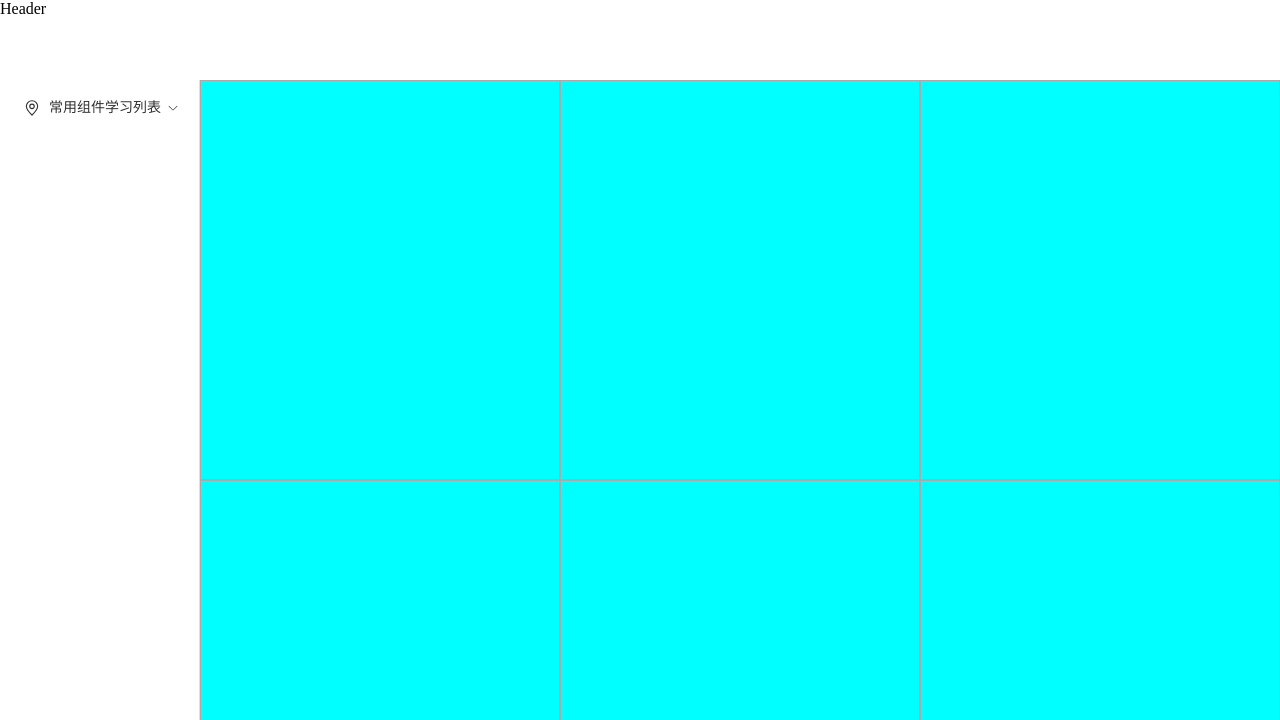
Repository: 553559555/vue3-project
Page: /#/index (app in vue3-app/)
These files come from the project's save history. The page is drawn as it stood at one moment and after the next save; the edit follows.
The browser window is 1280 px wide. The pictures show the whole page.
An inner scrolling area shows only its first screen. The project was rebuilt for these pictures with package versions that can differ from the ones it lists, and the page was loaded fresh each time. Also part of the build but not shown: vue3-app/vite.config.ts.

Above is the page before, as saved 2025-03-24 10:59:21.

After the next save:
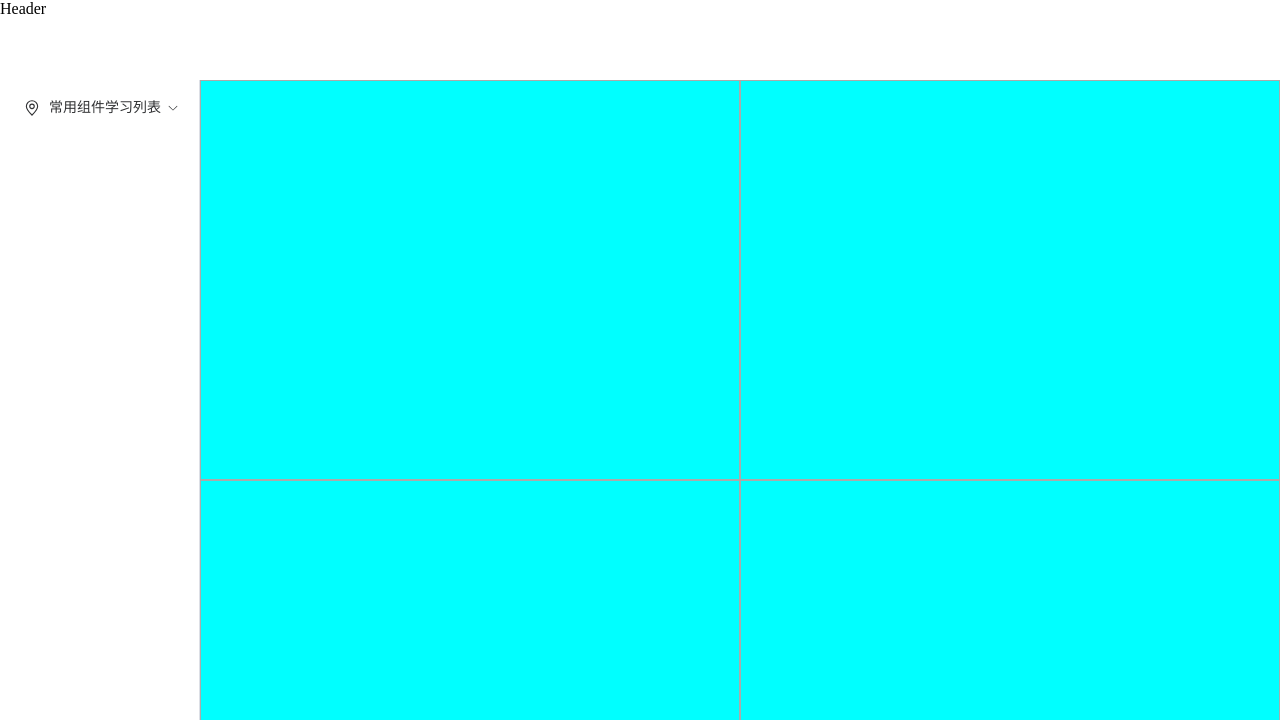
Saved 19 s later.
--- a/vue3-app/src/views/Home.vue
+++ b/vue3-app/src/views/Home.vue
@@ -1,25 +1,19 @@
 <template>
   <div class="home-container">
     <el-row class="row">
-      <el-col :span="8">
+      <el-col :span="12">
         <div class="grid-content ep-bg-purple-dark" />
       </el-col>
-      <el-col :span="8">
-        <div class="grid-content ep-bg-purple-dark" />
-      </el-col>
-      <el-col :span="8">
+      <el-col :span="12">
         <div class="grid-content ep-bg-purple-dark" />
       </el-col>
     </el-row>
 
     <el-row class="row">
-      <el-col :span="8">
+      <el-col :span="12">
         <div class="grid-content ep-bg-purple-dark" />
       </el-col>
-      <el-col :span="8">
-        <div class="grid-content ep-bg-purple-dark" />
-      </el-col>
-      <el-col :span="8">
+      <el-col :span="12">
         <div class="grid-content ep-bg-purple-dark" />
       </el-col>
     </el-row>
